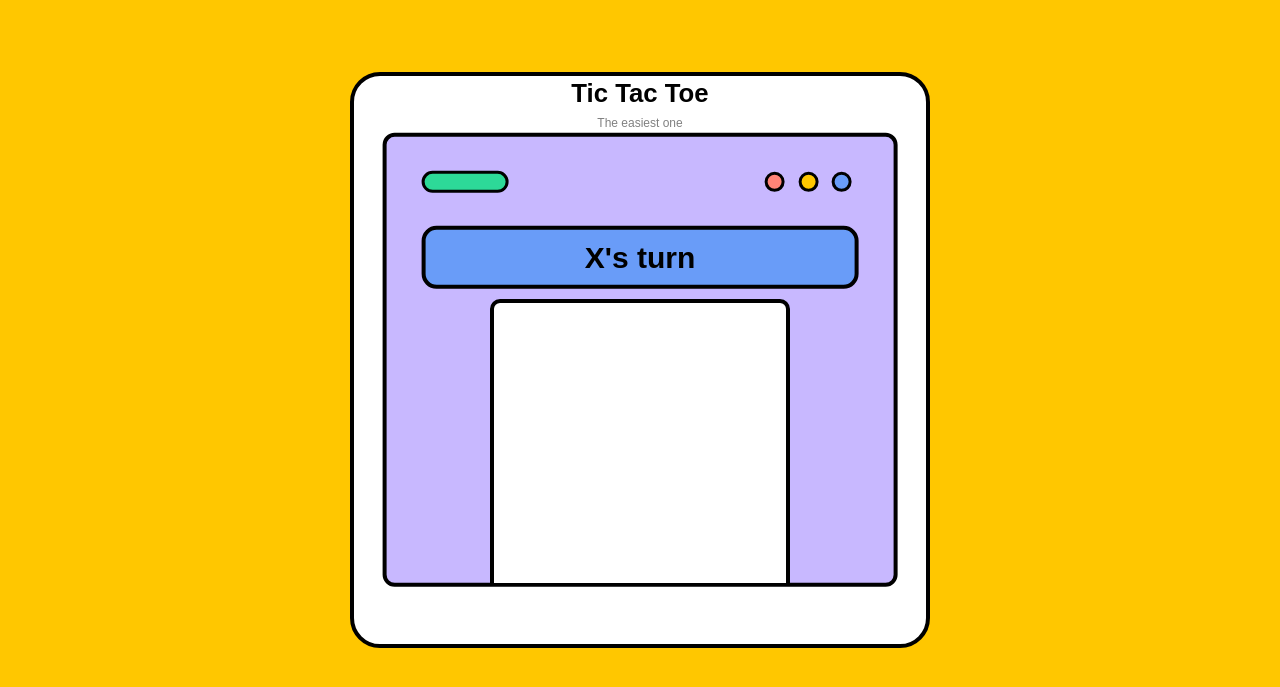
Repository: ThisIsSahaj/Js-Projects
Page: TIcTacToe/index.html
An editor plug-in stored every save of this project. The page is shown before and after the next save, followed by the edit.
The browser window is 1280 px wide. The pictures show the whole page.

Above is the page before, as saved 2024-05-04 12:02:08.

After the next save:
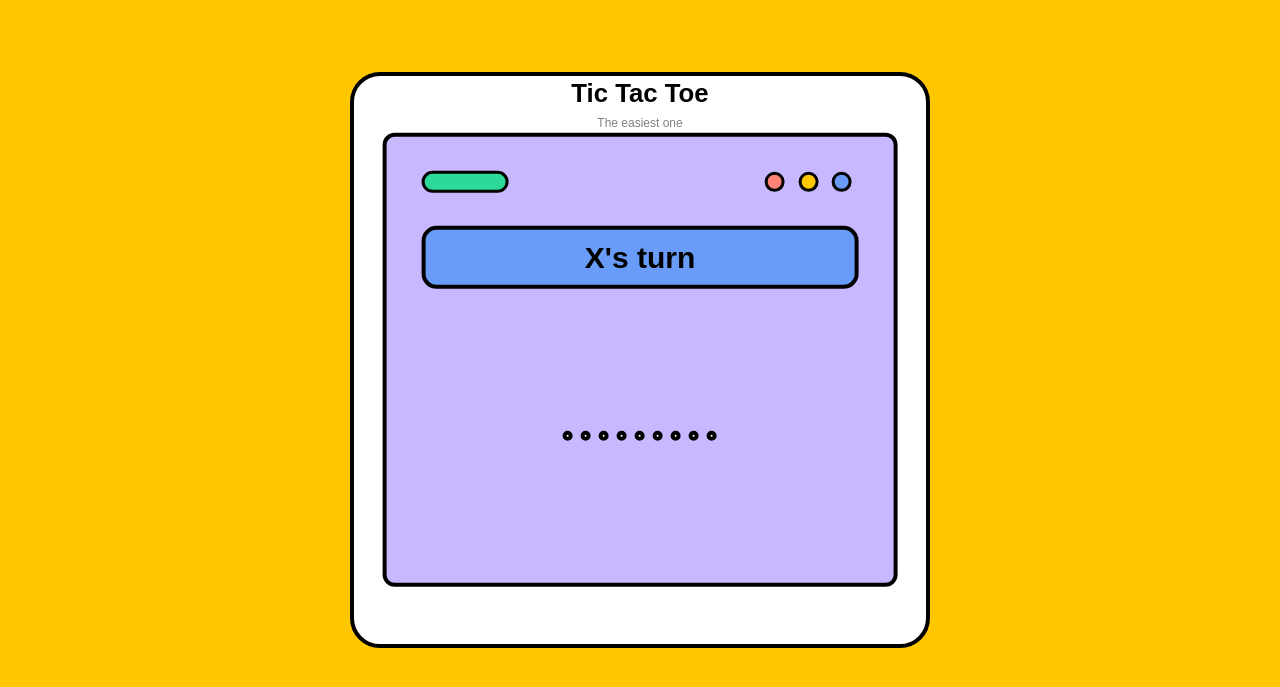
Saved 4 s later.
--- a/TIcTacToe/style.css
+++ b/TIcTacToe/style.css
@@ -187,8 +187,8 @@ html{
 
 }
 .cell{
-    width: 300px;
-    height: 300px;
+    width: 10px;
+    height: 10px;
     border: 4px solid black;
     background-color: white;
     border-radius: 10px;
